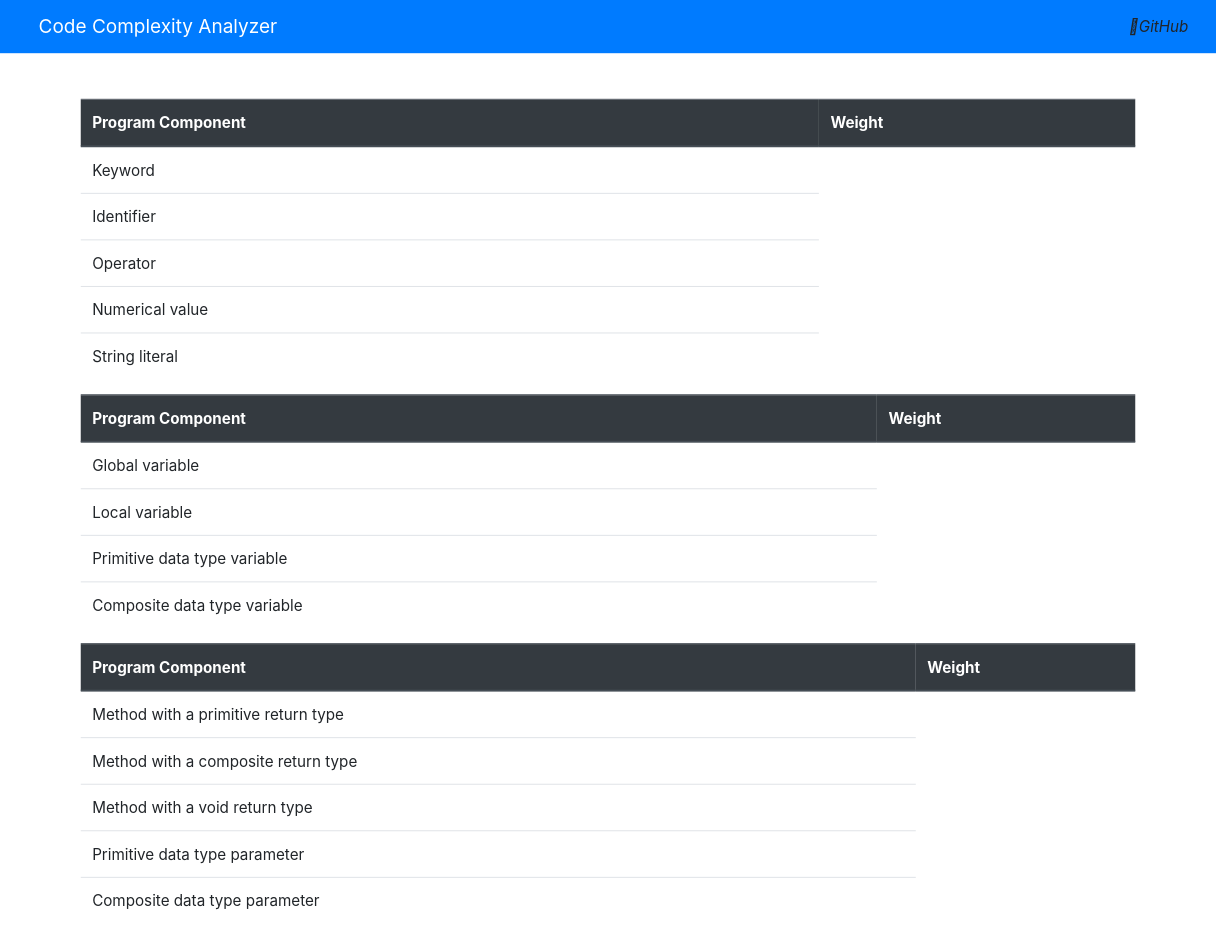
Repository: DinuwanB/Code-Complexity-Analyzer
Page: http://localhost/ITPM/Weight.jsp
The author's editor kept a copy of each file at every save. The page is drawn from the files as they stood at one save, then again after the next save.
The browser window is 1280 px wide. The pictures show the whole page, at 95% of full size.
The page is served by Tomcat 9. Other server files are loaded and not shown.

Above is the page before, as saved 2020-05-21 14:34:06.

### ITPM/src/main/webapp/Weight.jsp
<%@ page language="java" contentType="text/html; charset=ISO-8859-1"
    pageEncoding="ISO-8859-1"%>
<!DOCTYPE html>
<html>
<head>
<meta charset="ISO-8859-1">
<title>Weight</title>
<link rel="stylesheet"
	href="https://stackpath.bootstrapcdn.com/bootstrap/4.4.1/css/bootstrap.min.css"
	integrity="sha384-Vkoo8x4CGsO3+Hhxv8T/Q5PaXtkKtu6ug5TOeNV6gBiFeWPGFN9MuhOf23Q9Ifjh"
	crossorigin="anonymous">
<link
	href="https://stackpath.bootstrapcdn.com/font-awesome/4.7.0/css/font-awesome.min.css"
	rel="stylesheet"
	integrity="sha384-wvfXpqpZZVQGK6TAh5PVlGOfQNHSoD2xbE+QkPxCAFlNEevoEH3Sl0sibVcOQVnN"
	crossorigin="anonymous">
</head>
<body>
<nav class="navbar navbar-dark bg-primary">
		<div class="container">
			<a class="navbar-brand" href="#">Code Complexity Analyzer</a>
		</div>
		<button class="btn btn" type="submit" id="inputGroupFileAddon04">
			<i class="fab fa-github-square">GitHub</i>
		</button>

	</nav>
	<br>
	<br>
	<form action="upload" method="POST" enctype="multipart/form-data">
			<div class="container">
	<table class="table">
  <thead class="thead-dark">
    <tr>
      <th scope="col">Program Component</th>
      <th scope="col">Weight</th>
    </tr>
  </thead>
  <tbody>
    <tr>
      <td>Keyword</td>
    </tr>
    <tr>
     <td>Identifier</td>
    </tr>
  	<tr>
  	 <td>Operator</td>
  	</tr>
  	<tr>
  	<td>Numerical value</td>
    </tr>
    <tr>
    <td>String literal</td>
    </tr>
  </tbody>
</table>
<table class="table">
  <thead class="thead-dark">
    <tr>
      <th scope="col">Program Component</th>
      <th scope="col">Weight</th>
    </tr>
  </thead>
  <tbody>
    <tr>
      <td>Global variable</td>
    </tr>
    <tr>
     <td>Local variable</td>
    </tr>
  	<tr>
  	 <td>Primitive data type variable</td>
  	</tr>
  	<tr>
  	<td>Composite data type variable</td>
    </tr>
  </tbody>
</table>
<table class="table">
  <thead class="thead-dark">
    <tr>
      <th scope="col">Program Component</th>
      <th scope="col">Weight</th>
    </tr>
  </thead>
  <tbody>
    <tr>
      <td>Method with a primitive return type</td>
    </tr>
    <tr>
     <td>Method with a composite return type</td>
    </tr>
  	<tr>
  	 <td>Method with a void return type</td>
  	</tr>
  	<tr>
  	<td>Primitive data type parameter</td>
    </tr>
    <tr>
    <td>Composite data type parameter</td>
    </tr>
  </tbody>
</table>
</div>
		</form>
</body>
</html>

After the next save:
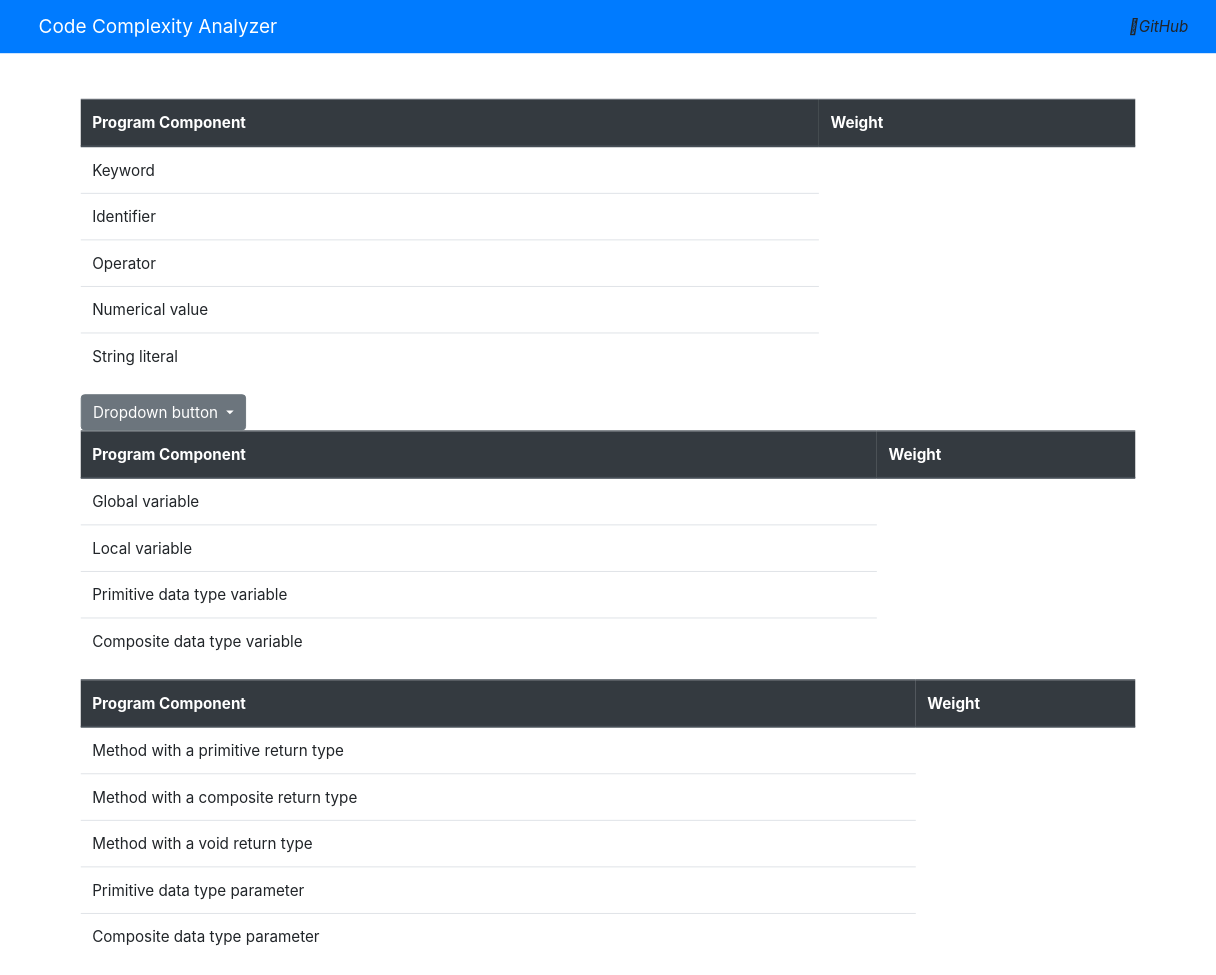
Saved 3 min 49 s later.
--- a/ITPM/src/main/webapp/Weight.jsp
+++ b/ITPM/src/main/webapp/Weight.jsp
@@ -64,6 +64,16 @@
   <tbody>
     <tr>
       <td>Global variable</td>
+      <div class="dropdown">
+  <button class="btn btn-secondary dropdown-toggle" type="button" id="dropdownMenuButton" data-toggle="dropdown" aria-haspopup="true" aria-expanded="false">
+    Dropdown button
+  </button>
+  <div class="dropdown-menu" aria-labelledby="dropdownMenuButton">
+    <a class="dropdown-item" href="#">Action</a>
+    <a class="dropdown-item" href="#">Another action</a>
+    <a class="dropdown-item" href="#">Something else here</a>
+  </div>
+</div>
     </tr>
     <tr>
      <td>Local variable</td>
